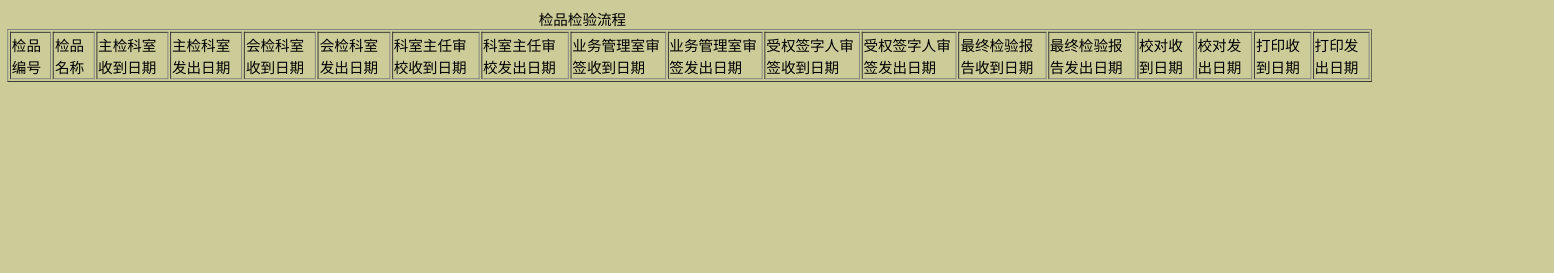
Repository: Shaoxubao/Java
Page: http://localhost/msm/jsp/sample/list_sampleflow.jsp
The author's editor kept a copy of each file at every save. The page is drawn from the files as they stood at one save, then again after the next save.
The browser window is 1280 px wide. The page is 1508 px wide, then 1708 px, so the pictures cover 1708 px, including what lies to the right of the window. The pictures show the whole page, at 91% of full size.
The page is served by Tomcat 9. Nobody is signed in. The application's start-up code is not run. The template is opened directly, without the code that normally fills it, so the values that code supplies are empty.

Above is the page before, as saved 2015-06-10 08:49:49.

After the next save:
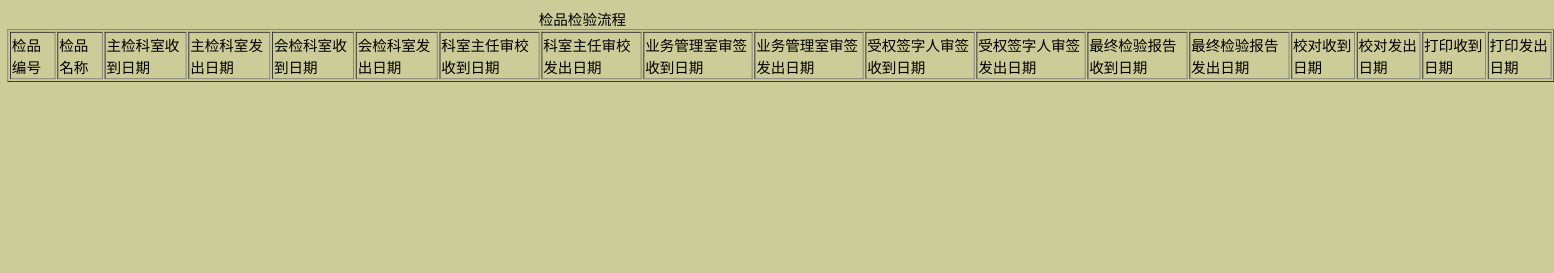
Saved 5 min 23 s later.
--- a/msm/WebContent/jsp/sample/list_sampleflow.jsp
+++ b/msm/WebContent/jsp/sample/list_sampleflow.jsp
@@ -9,7 +9,7 @@
 </head>
 <body bgcolor="#CCCC99">
     <div align="center">检品检验流程</div>
-    <table width="1500" align="center" border="1">
+    <table width="1700" align="center" border="1">
       <tr>
         <td>检品编号</td><td>检品名称</td>
         <td>主检科室收到日期</td><td>主检科室发出日期</td>
